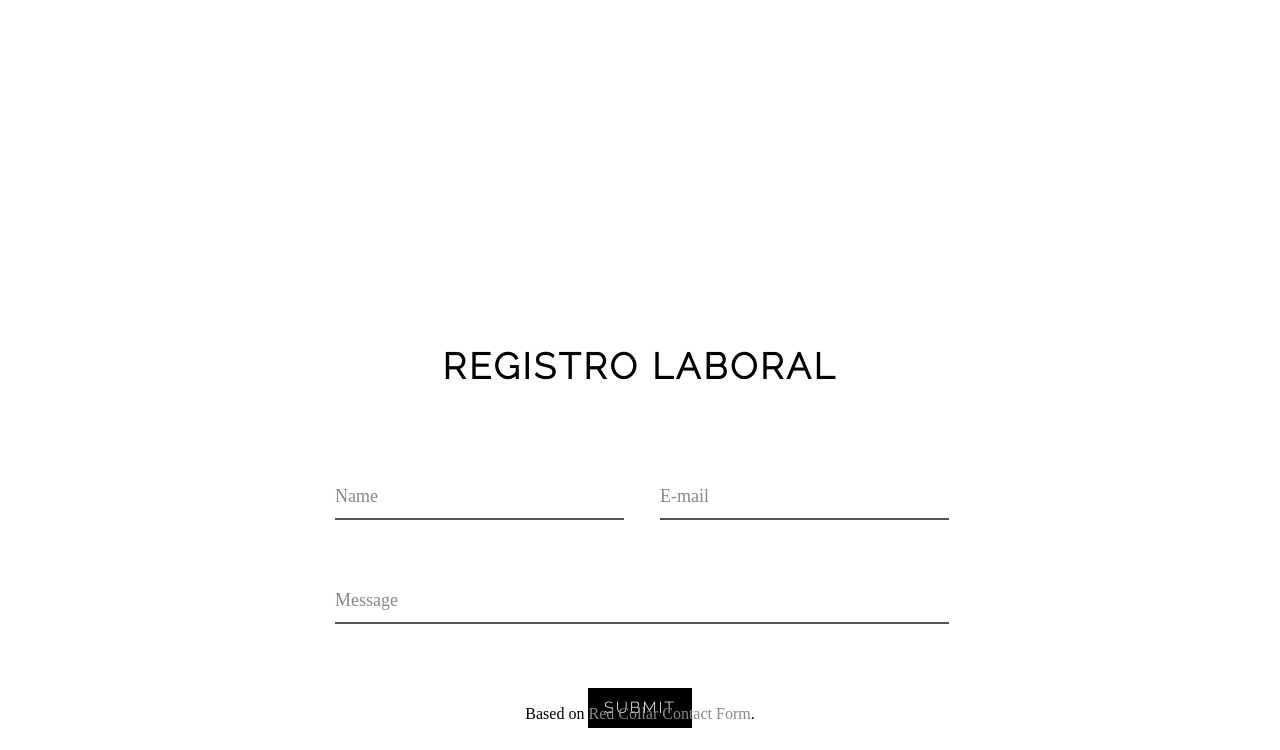
Repository: Alejandr0Aceved0/AWS_SERVICES_AND_INSTANCES
Page: register.html
An editor plug-in stored every save of this project. The page is shown before and after the next save, followed by the edit.
The browser window is 1280 px wide. The pictures show the whole page.
Some web fonts or font styles are not loaded; a fallback is used.

Above is the page before, as saved 2024-10-17 16:18:53.

### register.html
<!DOCTYPE html>
<html>

<head>
    <meta charset='utf-8'>
    <meta http-equiv='X-UA-Compatible' content='IE=edge'>
    <title>Register Page</title>
    <meta name='viewport' content='width=device-width, initial-scale=1'>
    <link rel='stylesheet' type='text/css' media='screen' href='styles/appRegister.css'>
    <script src='appRegister.js'></script>
</head>

<body>

    <section class="get-in-touch">
        <h1 class="title">Registro Laboral</h1>
        <form class="contact-form row">
           <div class="form-field col x-50">
              <input id="name" class="input-text js-input" type="text" required>
              <label class="label" for="name">Name</label>
           </div>
           <div class="form-field col x-50">
              <input id="email" class="input-text js-input" type="email" required>
              <label class="label" for="email">E-mail</label>
           </div>
           <div class="form-field col x-100">
              <input id="message" class="input-text js-input" type="text" required>
              <label class="label" for="message">Message</label>
           </div>
           <div class="form-field col x-100 align-center">
              <input class="submit-btn" type="submit" value="Submit">
           </div>
        </form>
     </section>
     <p class="note">Based on <a class="link" href="http://redcollar.digital/contacts/" target="blank">Red Collar Contact Form</a>.</p>


    <!-- <div class="form-field col x-50">
        <input id="name" class="input-text js-input" type="text" required>
        <label class="label" for="name">Name</label>
     </div>

    <p>
    <h1>Registro de usuario</h1>

    <input type="text" placeholder="Id usuario" class="form-input-text__FormInput-sc-xxedi2-0 form-input-text___StyledFormInput-sc-xxedi2-1 dzARff ldZduL">
    <br>

    <input type="text" placeholder="Nombre" class="form-input-text__FormInput-sc-xxedi2-0 form-input-text___StyledFormInput-sc-xxedi2-1 dzARff ldZduL">
    <br>

    <input type="text" placeholder="Apellido" class="form-input-text__FormInput-sc-xxedi2-0 form-input-text___StyledFormInput-sc-xxedi2-1 dzARff ldZduL">
    <br>

    <input type="text" placeholder="Area laboral" class="form-input-text__FormInput-sc-xxedi2-0 form-input-text___StyledFormInput-sc-xxedi2-1 dzARff ldZduL">
    <br>
    <br>

    <input type="text" placeholder="Click Me!" class="form-input-text__FormInput-sc-xxedi2-0 form-input-text___StyledFormInput-sc-xxedi2-1 dzARff ldZduL">
    <br>

    <button class="button-30" role="button">Registrar</button> -->
</body>

</html>

### styles/appRegister.css
@import url(https://fonts.googleapis.com/css?family=Raleway:300);
@import url(https://fonts.googleapis.com/css?family=Lusitana:400,700);

@mixin clearfix {
    &:after {
        content: "";
        display: table;
        clear: both;
    }
}

.align-center {
    text-align: center;
}


html {
    height: 100%;
}

body {
    height: 100%;
    position: relative;
}

.row {
    @include clearfix;
    margin: -20px 0;

    .col {
        padding: 0 20px;
        float: left;
        box-sizing: border-box;

        &.x-50 {
            width: 50%;
        }

        &.x-100 {
            width: 100%;
        }
    }
}

.content-wrapper {
    min-height: 100%;
    position: relative;
}

.get-in-touch {
    max-width: 650px;
    margin: 0 auto;
    position: relative;
    top: 50%;
    transform: translateY(-50%);

    .title {
        text-align: center;
        font-family: Raleway, sans-serif;
        text-transform: uppercase;
        letter-spacing: 3px;
        font-size: 36px;
        line-height: 48px;
        padding-bottom: 48px;
    }
}

.contact-form {
    .form-field {
        position: relative;
        margin: 32px 0;
    }

    .input-text {
        display: block;
        width: 100%;
        height: 36px;
        border-width: 0 0 2px 0;
        border-color: #000;
        font-family: Lusitana, serif;
        font-size: 18px;
        line-height: 26px;
        font-weight: 400;

        &:focus {
            outline: none;
        }

        &:focus,
        &.not-empty {
            +.label {
                transform: translateY(-24px);
            }
        }
    }

    .label {
        position: absolute;
        left: 20px;
        bottom: 11px;
        font-family: Lusitana, serif;
        font-size: 18px;
        line-height: 26px;
        font-weight: 400;
        color: #888;
        cursor: text;
        transition: transform .2s ease-in-out;
    }

    .submit-btn {
        display: inline-block;
        background-color: #000;
        color: #fff;
        font-family: Raleway, sans-serif;
        text-transform: uppercase;
        letter-spacing: 2px;
        font-size: 16px;
        line-height: 24px;
        padding: 8px 16px;
        border: none;
        cursor: pointer;
    }
}

.note {
    position: absolute;
    left: 0;
    bottom: 10px;
    width: 100%;
    text-align: center;
    font-family: Lusitana, serif;
    font-size: 16px;
    line-height: 21px;

    .link {
        color: #888;
        text-decoration: none;

        &:hover {
            text-decoration: underline;
        }
    }
}


.button-30 {
    align-items: center;
    appearance: none;
    background-color: #FCFCFD;
    border-radius: 4px;
    border-width: 0;
    box-shadow: rgba(45, 35, 66, 0.4) 0 2px 4px, rgba(45, 35, 66, 0.3) 0 7px 13px -3px, #D6D6E7 0 -3px 0 inset;
    box-sizing: border-box;
    color: #36395A;
    cursor: pointer;
    display: inline-flex;
    font-family: "JetBrains Mono", monospace;
    height: 48px;
    justify-content: center;
    line-height: 1;
    list-style: none;
    overflow: hidden;
    padding-left: 16px;
    padding-right: 16px;
    position: relative;
    text-align: left;
    text-decoration: none;
    transition: box-shadow .15s, transform .15s;
    user-select: none;
    -webkit-user-select: none;
    touch-action: manipulation;
    white-space: nowrap;
    will-change: box-shadow, transform;
    font-size: 18px;
}

.button-30:focus {
    box-shadow: #D6D6E7 0 0 0 1.5px inset, rgba(45, 35, 66, 0.4) 0 2px 4px, rgba(45, 35, 66, 0.3) 0 7px 13px -3px, #D6D6E7 0 -3px 0 inset;
}

.button-30:hover {
    box-shadow: rgba(45, 35, 66, 0.4) 0 4px 8px, rgba(45, 35, 66, 0.3) 0 7px 13px -3px, #D6D6E7 0 -3px 0 inset;
    transform: translateY(-2px);
}

.button-30:active {
    box-shadow: #D6D6E7 0 3px 7px inset;
    transform: translateY(2px);
}

Loaded but not shown: appRegister.js (no copy from this time; the picture is the same without it)

After the next save:
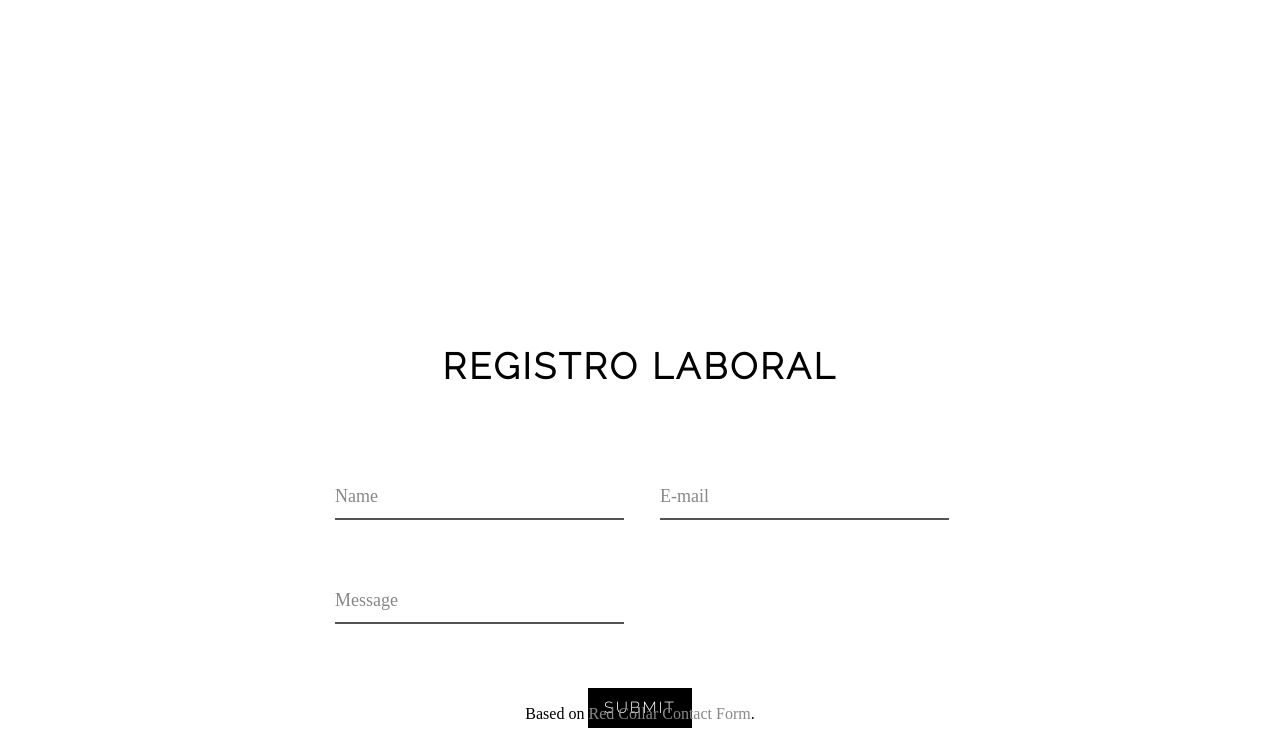
Saved 23 s later.
--- a/register.html
+++ b/register.html
@@ -23,7 +23,7 @@
               <input id="email" class="input-text js-input" type="email" required>
               <label class="label" for="email">E-mail</label>
            </div>
-           <div class="form-field col x-100">
+           <div class="form-field col x-50">
               <input id="message" class="input-text js-input" type="text" required>
               <label class="label" for="message">Message</label>
            </div>
